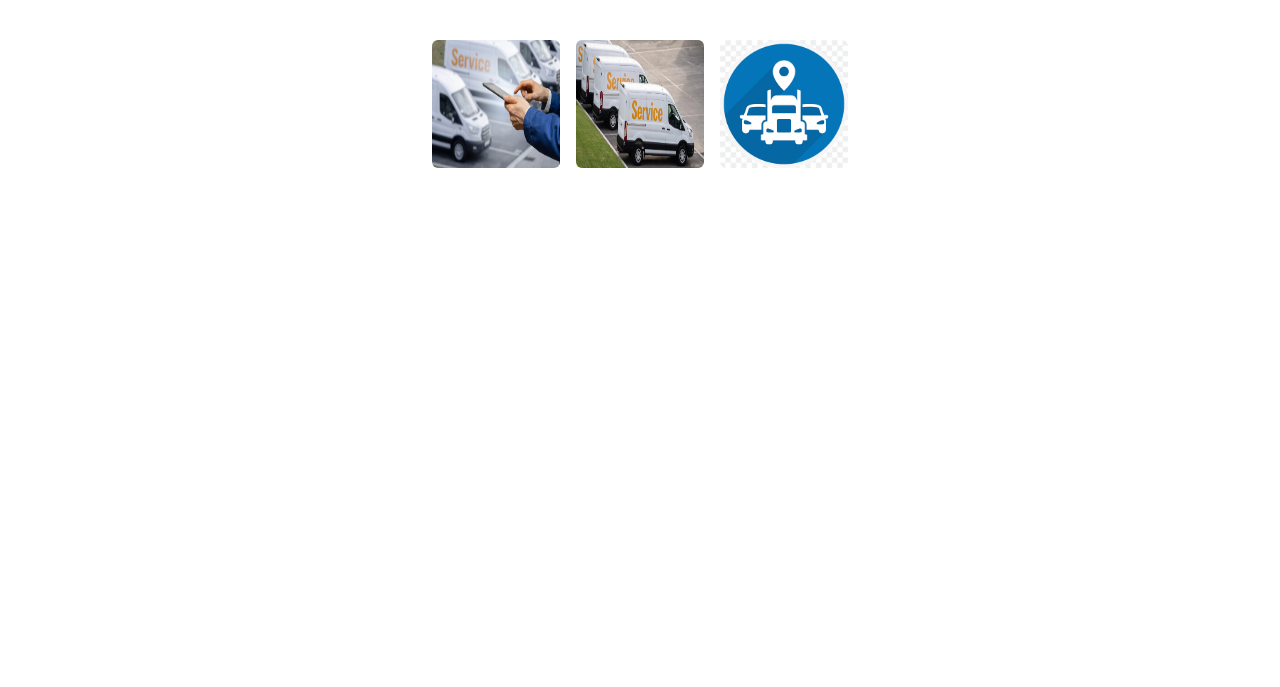
Repository: adityadhimaann/fleettrack
Page: images.html
These files come from the project's save history. The page is drawn as it stood at one moment and after the next save; the edit follows.
The browser window is 1280 px wide. The pictures show the whole page.
After loading, the first visible `img.w-32` was clicked once.
Some web libraries are served in a nearby version.

Above is the page before, as saved 2025-04-09 12:41:27.
Console error: TypeError: Cannot read properties of null (reading 'classList')

After the next save:
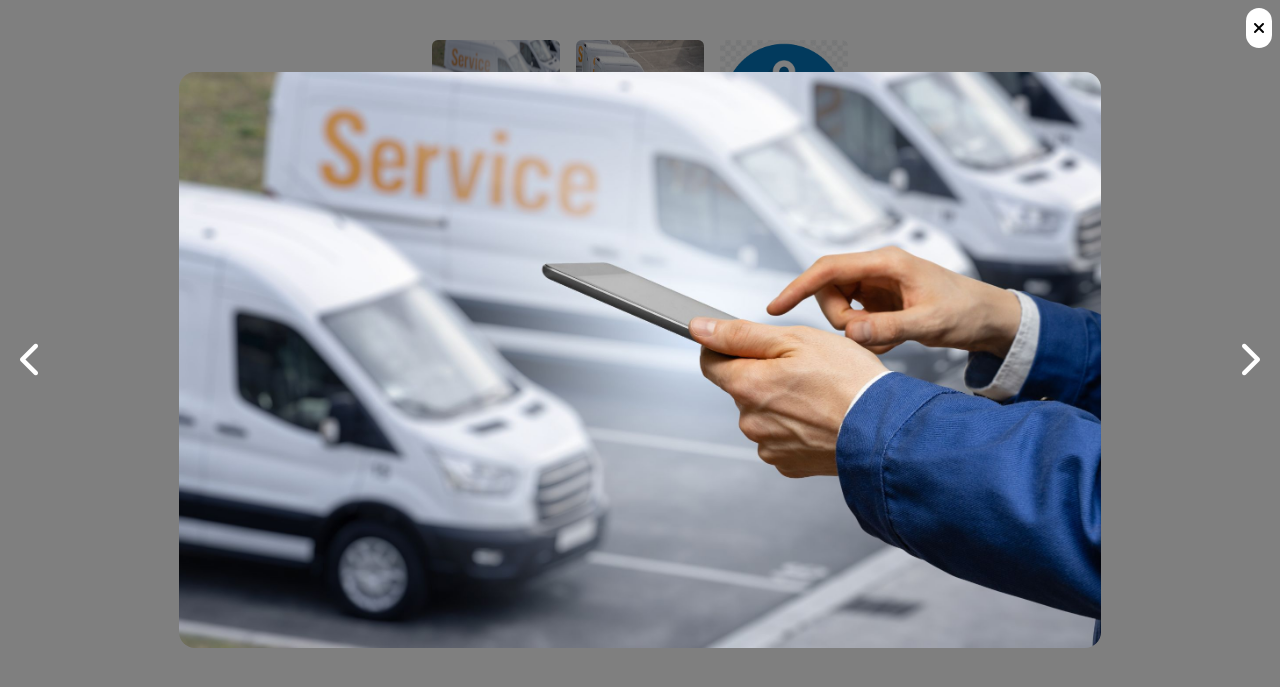
The error is gone.
Saved 2 min 49 s later.
--- a/images.html
+++ b/images.html
@@ -7,36 +7,58 @@
     <script src="https://cdn.tailwindcss.com"></script>
     <script src="https://cdnjs.cloudflare.com/ajax/libs/Chart.js/3.9.1/chart.min.js"></script>
     <link rel="stylesheet" href="https://cdnjs.cloudflare.com/ajax/libs/font-awesome/6.0.0-beta3/css/all.min.css">
-
 </head>
 <body>
-    <!-- fixed inset 0 -->
     <!-- image gallery -->
-     <div class="flex justify-center items-center gap-4 m-10">
-        <img src="/images/fleet1.jpg" alt="" class="w-32 h-32 rounded-md cursor-pointer hover:scale-105 transition" onclick="addimage(0)">
-        <img src="/images/fleet2.jpeg" alt="" class="w-32 h-32 rounded-md cursor-pointer hover:scale-105 transition" onclick="addimage(1)">
-        <img src="/images/fleet3.png" alt="" class="w-32 h-32 rounded-md cursor-pointer hover:scale-105 transition" onclick="addimage(2)">
-     </div>
-     <div class="fixed inset-0 flex items-center justify-center bg-black/50 hidden" id="model">
-        <img src="" id="imagemodel" alt="" class="max-h-[80vh] rounded-2xl">
-        <button id="prev" class="absolute left-5 text-white text-4xl cursor-pointer" onclick="prevImage()"><i class="fa-solid fa-chevron-right"></i></button>
-        <button id="close-modal" class="absolute top-2 right-2 bg-white rounded-full p-2"><i class="fa-solid fa-xmark"></i></button>
-        <button id="next" class="absolute right-5 text-white text-4xl cursor-pointer" onclick="prevImage()"><i class="fa-solid fa-chevron-left"></i></button>
-     </div>
-     <script>
+    <div class="flex justify-center items-center gap-4 m-10">
+        <img src="/images/fleet1.jpg" alt="Fleet 1" class="w-32 h-32 rounded-md cursor-pointer hover:scale-105 transition" onclick="addImage(0)">
+        <img src="/images/fleet2.jpeg" alt="Fleet 2" class="w-32 h-32 rounded-md cursor-pointer hover:scale-105 transition" onclick="addImage(1)">
+        <img src="/images/fleet3.png" alt="Fleet 3" class="w-32 h-32 rounded-md cursor-pointer hover:scale-105 transition" onclick="addImage(2)">
+    </div>
+
+    <!-- modal -->
+    <div class="fixed inset-0 flex items-center justify-center bg-black/50 hidden" id="modal">
+        <img src="" id="imageModal" alt="Selected Image" class="max-h-[80vh] rounded-2xl">
+        <button id="prev" class="absolute left-5 text-white text-4xl cursor-pointer" onclick="prevImage()"><i class="fa-solid fa-chevron-left"></i></button>
+        <button id="close-modal" class="absolute top-2 right-2 bg-white rounded-full p-2" onclick="closeModal()"><i class="fa-solid fa-xmark"></i></button>
+        <button id="next" class="absolute right-5 text-white text-4xl cursor-pointer" onclick="nextImage()"><i class="fa-solid fa-chevron-right"></i></button>
+    </div>
+
+    <script>
         const images = [
             "/images/fleet1.jpg",
             "/images/fleet2.jpeg",
             "/images/fleet3.png"
         ];
+
         let currentIndex = 0;
-        function addimage(index){
+
+        function addImage(index) {
             currentIndex = index;
-            document.getElementById("imagemodal"),src=images
-            [currentIndex];
+            document.getElementById("imageModal").src = images[currentIndex];
             document.getElementById("modal").classList.remove("hidden");
         }
 
-     </script>
+        function closeModal() {
+            document.getElementById("modal").classList.add("hidden");
+        }
+
+        function nextImage() {
+            currentIndex = (currentIndex + 1) % images.length;
+            document.getElementById("imageModal").src = images[currentIndex];
+        }
+
+        function prevImage() {
+            currentIndex = (currentIndex - 1 + images.length) % images.length;
+            document.getElementById("imageModal").src = images[currentIndex];
+        }
+
+        // Close modal when clicking outside the image
+        document.getElementById("modal").addEventListener("click", function(event) {
+            if (event.target === this) {
+                closeModal();
+            }
+        });
+    </script>
 </body>
 </html>
